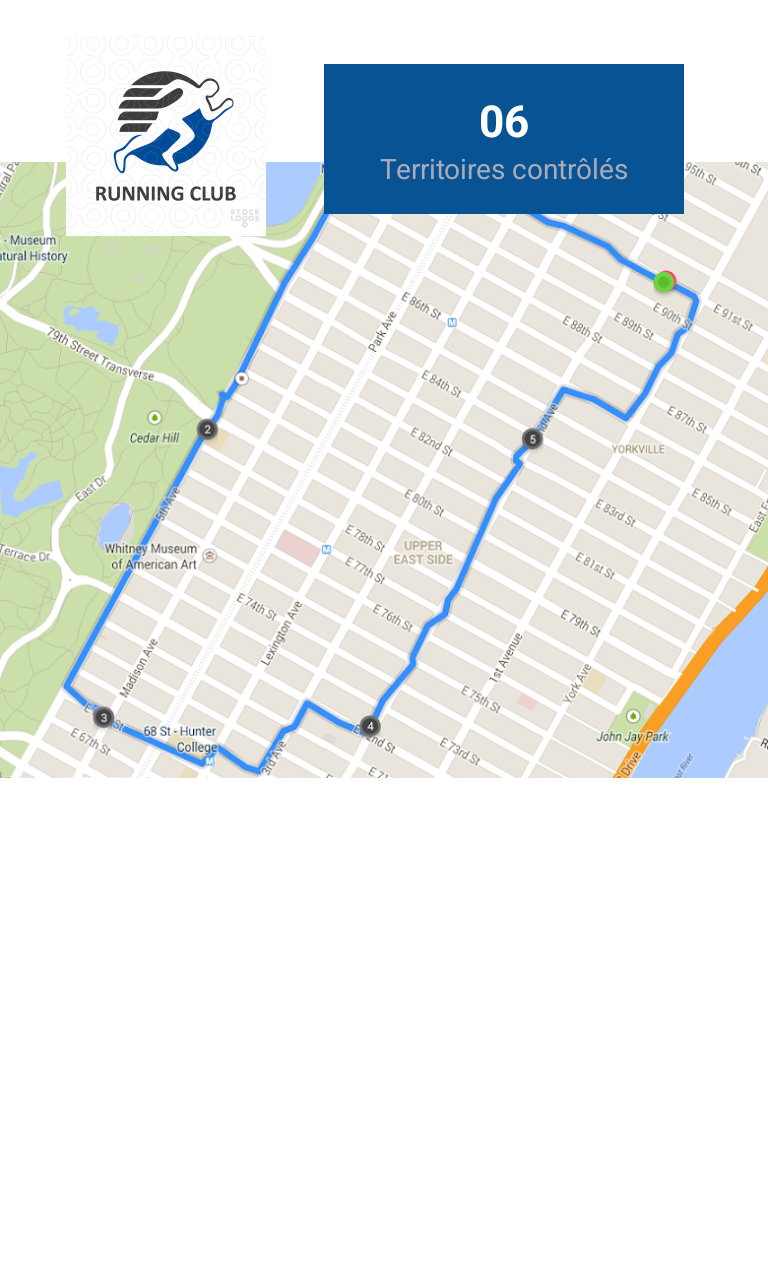
Repository: dekeym/Projet-IHM
Layout: WorkSpace/ChallengeMe/res/layout/fragment_territoires.xml
An editor plug-in stored every save of this project. The layout is shown before and after the next save, followed by the edit.
It is drawn on a 768 x 1280 px phone screen (xhdpi) without system bars, with theme android:Theme.Holo.Light.DarkActionBar; the app's code is not run. Lists and similar views that code fills are empty.

Above is the layout before, as saved 2014-12-18 18:51:52.

### WorkSpace/ChallengeMe/res/layout/fragment_territoires.xml
<?xml version="1.0" encoding="utf-8"?>
<RelativeLayout xmlns:android="http://schemas.android.com/apk/res/android"
    android:id="@+id/RelativeLayout1"
    android:layout_width="match_parent"
    android:layout_height="match_parent" >

    <ImageView
        android:id="@+id/TerritoireimageView1"
        android:layout_width="570dp"
        android:layout_height="470dp"
        android:layout_alignParentLeft="true"
        android:layout_alignParentTop="true"
        android:src="@drawable/map" />

    <LinearLayout
        android:id="@+id/TerritoireLinearLayout1"
        android:layout_width="180dp"
        android:layout_height="75dp"
        android:layout_alignBottom="@+id/Territoireclub"
        android:layout_alignParentRight="true"
        android:layout_marginBottom="11dp"
        android:layout_marginRight="42dp"
        android:background="#085394"
        android:gravity="center"
        android:orientation="vertical" >

        <TextView
            android:id="@+id/TerritoiretextView2"
            android:layout_width="wrap_content"
            android:layout_height="wrap_content"
            android:text="06"
            android:textAppearance="?android:attr/textAppearanceLarge"
            android:textColor="#ffffff"
            android:textStyle="bold" />

        <TextView
            android:id="@+id/TerritoiretextView3"
            android:layout_width="wrap_content"
            android:layout_height="wrap_content"
            android:text="Territoires contrôlés"
            android:textAppearance="?android:attr/textAppearanceSmall"
            android:textColor="#AAAAB8" />
    </LinearLayout>

    <ImageView
        android:id="@+id/Territoireclub"
        android:layout_width="100dp"
        android:layout_height="100dp"
        android:layout_alignParentTop="true"
        android:layout_marginRight="29dp"
        android:layout_marginTop="18dp"
        android:layout_toLeftOf="@+id/TerritoireLinearLayout1"
        android:src="@drawable/club" />

    <TextView
        android:id="@+id/TerritoireBarre"
        android:layout_width="match_parent"
        android:layout_height="50dp"
        android:layout_below="@+id/TerritoireLinearLayout1"
        android:layout_marginTop="24dp"
        android:layout_toRightOf="@+id/TerritoireimageView1"
        android:background="#333333"
        android:gravity="center"
        android:text="Liste des territoires contrôlés"
        android:textAppearance="?android:attr/textAppearanceMedium"
        android:textColor="@android:color/white"
        android:textSize="14sp" />

    <ListView
        android:id="@+id/TerritoireList"
        android:layout_width="match_parent"
        android:layout_height="wrap_content"
        android:layout_alignParentBottom="true"
        android:layout_alignParentRight="true"
        android:layout_below="@+id/TerritoireBarre"
        android:layout_toRightOf="@+id/TerritoireimageView1" >

    </ListView>

</RelativeLayout>

After the next save:
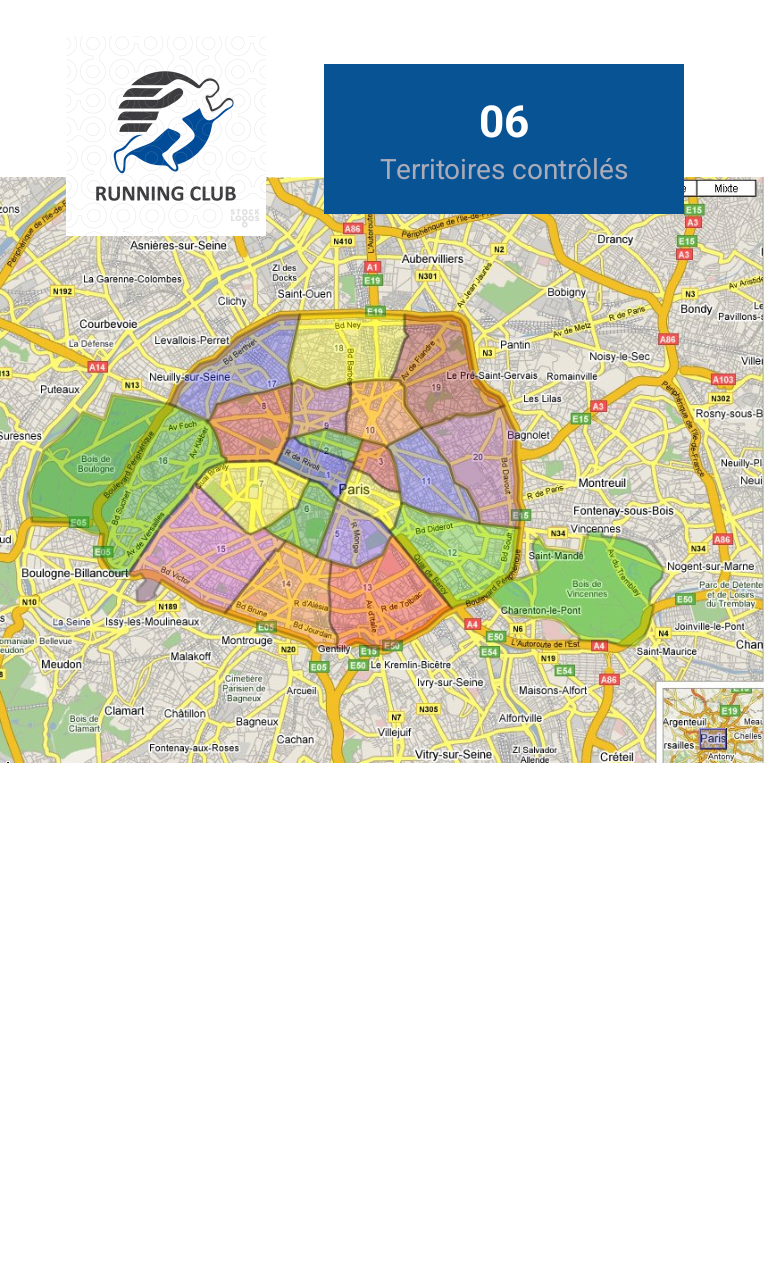
Saved 39 s later.
--- a/WorkSpace/ChallengeMe/res/layout/fragment_territoires.xml
+++ b/WorkSpace/ChallengeMe/res/layout/fragment_territoires.xml
@@ -10,7 +10,7 @@
         android:layout_height="470dp"
         android:layout_alignParentLeft="true"
         android:layout_alignParentTop="true"
-        android:src="@drawable/map" />
+        android:src="@drawable/mapter" />
 
     <LinearLayout
         android:id="@+id/TerritoireLinearLayout1"
